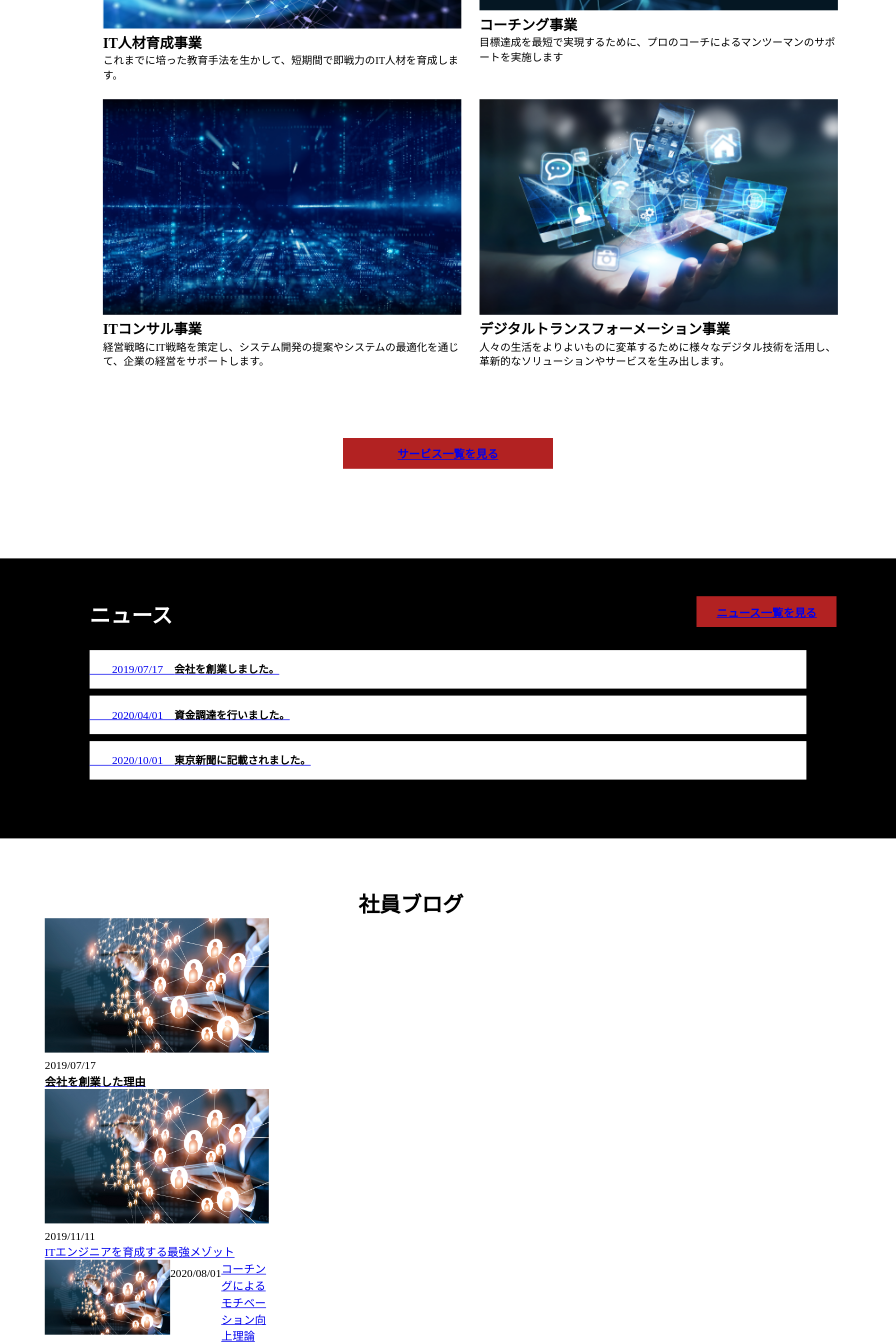
Repository: sigemasaasuka/20211012sigemasa
Page: index.html
The author's editor kept a copy of each file at every save. The page is drawn from the files as they stood at one save, then again after the next save.
The browser window is 1280 px wide. The pictures show the part of the page from y = 1214 to 3134 px (the page is 3134 px tall before and 3034 px after), at 70% of full size.

Above is the page before, as saved 2021-10-19 17:48:56.

### index.html
<!DOCTYPE html>
<html lang="ja">

<head>
  <meta charset="UTF-8">
  <meta name="viewport" content="width=device-width, initial-scale=1.0">
  <title>Document</title>

    <link rel="stylesheet" href="css/reset.css">
    <link rel="stylesheet" href="css/index.css">
</head>
<body>
  <header class="header">
    <div class="header-logo">
      <img class="logo" src="img/logo.png" alt="logo">
    </div>
    <nav class="header-nav">
      <ul class="header-nav-list">
        <li class="header-nav-item"><a href="index.html">ホーム</a></li>
        <li class="header-nav-item"><a href="service.html">事業内容</a></li>
        <li class="header-nav-item"><a href="news.html">ニュース</a></li>
        <li class="header-nav-item"><a href="blog.html">社員ブログ</a></li>
        <li class="header-nav-item"><a href="company.html">会社概要</a></li>
        <li class="header-nav-item"><a href="recruit.html">採用情報</a></li>
        <li class="header-nav-item"><a href="contact.html">お問い合わせ</a></li>
      </ul>
    </nav>
  </header>
  <div class="home">
  <div class="home-photo">
    <div class="home-title">
    <p>最新のテクノロジーで社会課題を解決</p>
      <div class="home-title2">
      <p>Solving　issues　with　the　latest　technology</p>
     </div>
    </div>
    </div>
    </div>
    <div class="home-color">
      <div class="hope">
        <p><br><br>株式会社TECHの想い</p>
        <div class="hope2">
          <p>あらゆる産業において、新たなデジタル技術を使ってこれまでにないビジネスモデルを展開する新規参加者が登場し、ゲームチェンジが起ころうとしています。こうした<br>中で、各企業は、競争力維持・強化のために、DXを迅速に進めていくことが求められています。しかし、DXにおいて投資コストは非常にかかります。株式会社TECHでは<br>独自のオペレーションと人材教育により、他社よりも価格を抑えた開発を行います。</p>
        </div>
      </div>
    </div>
    <div class="service">
      <p>サービス</p>
      </div>
      <div class="png1">
      <div class="service1">
        <img  src="img/service1.png"  alt="service1">
        <div class="it">
        <p>IT人材育成事業</p>
        <div class="it2">
        <p>これまでに培った教育手法を生かして、短期間で即戦力のIT人材を育成します。</p>
        </div>
      </div>
      </div>
      <div class="service2">
      <img  src="img/service2.png" alt="service2">
      <div class="coach">
        <p>コーチング事業</p>
        <div class="coach2">
          <p>目標達成を最短で実現するために、プロのコーチによるマンツーマンのサポートを実施します</p>
        </div>
      </div>
      </div>
      </div>
      <div class="png2">
      <div class="service3">
        <img src="img/service3.png" alt="service3">
        <div class="Consultant">
          <p>ITコンサル事業</p>
          <div class="Consultant2">
            <p>経営戦略にIT戦略を策定し、システム開発の提案やシステムの最適化を通じて、企業の経営をサポートします。</p>
          </div>
        </div>
      </div>
      <div class="service4">
        <img src="img/service4.png" alt="service4">
        <div class="formation">
          <p>デジタルトランスフォーメーション事業</p>
          <div class="formation2">
            <p>人々の生活をよりよいものに変革するために様々なデジタル技術を活用し、革新的なソリューションやサービスを生み出します。</p>
          </div>
        </div>
      </div>
      </div>
      <div class="list">
        <a href="service.html">サービス一覧を見る</a>
      </div>
      <div class="news">
        <div class="nesw-list">
          <div class="news-font">
          <p>ニュース</p></div>
          <div class="news-button">
            <a href="news.html">ニュース一覧を見る</a>
          </div>
        </div>
        <div class="news-info1">
          <a href="index.html">　　2019/07/17　<span class="co">会社を創業しました。</span></a></div>
          <div class="news-info2">
          <a href="index.html">　　2020/04/01　<span class="fund">資金調達を行いました。</span></a></div>
          <div class="news-info3">
          <a href="index.html">　　2020/10/01　<span class="newspaper">東京新聞に記載されました。</span></a></div>
      </div>
      <div class="blog">
        <p>社員ブログ</p>
        </div>
        <div class="reason-png">
          <a href="index.html">
            <img src="img/blog.png" alt="blog">
          </a>
          <p class="reason">2019/07/17</p>
          <a href="index.html"><p class="reason2">会社を創業した理由</p></a>
        </div>
        <div class="nurturing-png">
          <a href="index.html">
            <img src="img/blog.png" alt="blog">
          </a>
          <p class="nurturing">2019/11/11</p>
          <a href="index.html">
            <p class="nurturing1">ITエンジニアを育成する最強メゾット</p>
          </a>
        </div>
        <div class="coaching-png">
        <a href="index.html">
          <img src="img/blog.png" alt="blog">
        </a>
        <p class="coaching">2020/08/01</p>
        <a href="index.html">
          <p class="coaching1">コーチングによるモチベーション向上理論</p>
        </a>
        </div>


<script src="js/main.js"></script>
</body>
</html>

### css/reset.css
@charset "UTF-8";
html, body, div, span, applet, object, iframe,
h1, h2, h3, h4, h5, h6, p, blockquote, pre,
a, abbr, acronym, address, big, cite, code,
del, dfn, em, img, ins, kbd, q, s, samp,
small, strike, strong, sub, sup, tt, var,
b, u, i, center,
dl, dt, dd, ol, ul, li,
fieldset, form, label, legend,
table, caption, tbody, tfoot, thead, tr, th, td,
article, aside, canvas, details, embed,
figure, figcaption, footer, header, hgroup,
menu, nav, output, ruby, section, summary,
time, mark, audio, video {
margin: 0;
padding: 0;
border: none;
font-style: normal;
text-align: left;
zoom: 1;
}
article, aside, details, figcaption, figure,
footer, header, hgroup, menu, nav, section {
display: block;
}
table {
border-collapse: collapse;
font-family: inherit;
}
h1,h2,h3,h4,h5 {
font-size: 100%;
font-weight: normal;
line-height: 1;
}
input,textarea,select {
font-family: inherit;
font-size: 16px;
}
input[type="button"],input[type="text"],input[type="submit"] {
 -webkit-appearance: none;
 border-radius: 0;
}
textarea {
resize: none;
-webkit-appearance: none;
border-radius: 0;
}
th,td {
border-collapse: collapse;
}
table th,table td {
white-space: nowrap;
}
ul,ol {
list-style-type: none;
}
img {
vertical-align: text-bottom;
vertical-align: -webkit-baseline-middle;
max-width: 100%;
height: auto;
width /***/:auto;
}

### css/index.css
.logo {
  text-decoration: none;
  color: inherit;
  width: 50%;
}
.header {
  width: 100%;
  display: flex;
  justify-content: space-between;
  align-items: center;
  height: 70px;
  padding: 0 30px;
  position: fixed;
  box-sizing: border-box;
  background-color: #fff;
  color: #000;
}

.a {
  text-decoration: none;
}

.header-ttl {
  font-size: 24px;
  width: 80px;
}

.header-nav-list {
  display: flex;
  font-weight: bold;
}

.header-nav-item:not(:last-child) {
  margin-right: 30px;
}

.home-photo {
  position: relative;
  padding-top: calc(250 / 683 * 100%); /* calc(画像高さ ÷ 画像横幅 × 100%) */
  background: url(../img/mv.png) center center / cover no-repeat;
}

.home-title {
  display: flex;
  flex-direction: column;
  position: absolute;
  font-size: 50px;
  margin-left: 20%;
  top: 40%;
  font-weight: bolder;
  color: #fff;
}

.home-title2 {
  display: flex;
  position: absolute;
  font-size: 20px;
  margin-top: 45px;
  margin-left: 23%;
  top: 40%;
  font-weight: bold;
  color: #fff;
}

.home-color {
  background-color: #000;
  height: 300px;
}

.hope {
  top: 30%;
  display: flex;
  flex-direction: column;
  font-weight: bolder;
  font-size: 30px;
  margin-left: 10%;
  color: #fff;
}

.hope2 {
  display: flex;
  font-size: 15px;
  margin-top: 20px;
  font-weight: normal;
  color: #fff;
}

.service {
  margin-top: 5%;
  margin-left: 45%;
  font-size: 35px;
  font-weight: bolder;
}

.png1 {
  display: flex;
  justify-content: center;
}

.service1 {
  margin-top: 5%;
  margin-left: 5%;
  width: 40%;
}

.it {
  margin-top: 1%;
  font-size: 20px;
  font-weight: bolder;
}

.it2 {
  font-size: 15px;
  font-weight: normal;
}

.service2 {
  margin-top: 3%;
  margin-left: 2%;
  width: 40%;
}

.coach {
  margin-top: 1%;
  font-size: 20px;
  font-weight: bolder;
}

.coach2 {
  font-size: 15px;
  font-weight: normal;
}

.png2 {
  display: flex;
  justify-content: center;
}

.service3 {
  margin-top: 2%;
  margin-left: 5%;
  width: 40%;
}

.Consultant {
  margin-top: 1%;
  font-size: 20px;
  font-weight: bolder;
}

.Consultant2 {
  font-size: 15px;
  font-weight: normal;
}

.service4 {
  margin-top: 2%;
  margin-left: 2%;
  width: 40%;
}

.formation {
  margin-top: 1%;
  font-size: 20px;
  font-weight: bolder;
}

.formation2 {
  font-size: 15px;
  font-weight: normal;
}

.list {
  width: 300px;
  padding: 10px 0;
  color: #fff;
  font-weight: bold;
  background: #b22222;
  text-align: center;
  margin: 100px auto 0;
  display: block;
}

.news {
  margin-top: 10%;
  background-color: #000;
  height: 400px;
}

.nesw-list {
  margin-left: 10%;
  display: flex;
  justify-content: flex-start;
  align-items: center;
}

.news-font {
  font-weight: bold;
  font-size: 30px;
  color: #fff;
  margin-top: 5%;
}

.news-button {
  color: #fff;
  margin-top: 50px;
  margin-left: 65%;
  width: 200px;
  padding: 10px 0;
  font-weight: bold;
  background: #b22222;
  text-align: center;
  display: block;
}

.news-info1 {
  margin-top: 30px;
  margin-left: 10%;
  width: 80%;
  height: 35px;
  padding: 10px 0;
  background: #fff;
  line-height: 35px;
  display: block;
  color: #000;
}
.co {
  font-size: 15px;
  font-weight: bold;
  color: #000;
}

.news-info2 {
  margin-top: 10px;
  margin-left: 10%;
  width: 80%;
  height: 35px;
  padding: 10px 0;
  background: #fff;
  line-height: 35px;
  display: block;
  color: #000;
}
.fund {
  font-size: 15px;
  font-weight: bold;
  color: #000;
}

.news-info3 {
  margin-top: 10px;
  margin-left: 10%;
  width: 80%;
  height: 35px;
  padding: 10px 0;
  background: #fff;
  line-height: 35px;
  display: block;
  color: #000;
}
.newspaper {
  font-size: 15px;
  font-weight: bold;
  color: #000;
}

.blog {
  margin-top: 70px;
  margin-left: 40%;
  font-size: 30px;
  font-weight: bolder;
}

.reason-png {
  width: 25%;
  margin-left: 5%;
}

.reason {
  margin-top: 10px;
  color: #000;
}

.reason2 {
  font-weight: bolder;
  color: #000;
}

.nurturing-png {
  width: 25%;
  margin-left: 5%;
}

.nurturing {
  margin-top: 10px;
  color: #000;
}

.nurturing2 {
  font-weight: bolder;
  color: #000;
}

.coaching-png {
  display: flex;
  justify-content: center;
  width: 25%;
  margin-left: 5%;
}

.coaching {
  margin-top: 10px;
  color: #000;
}

.coaching2 {
  font-weight: bolder;
  color: #000;
}

Loaded but not shown: js/main.js (no stored copy; drawn as an empty file)

After the next save:
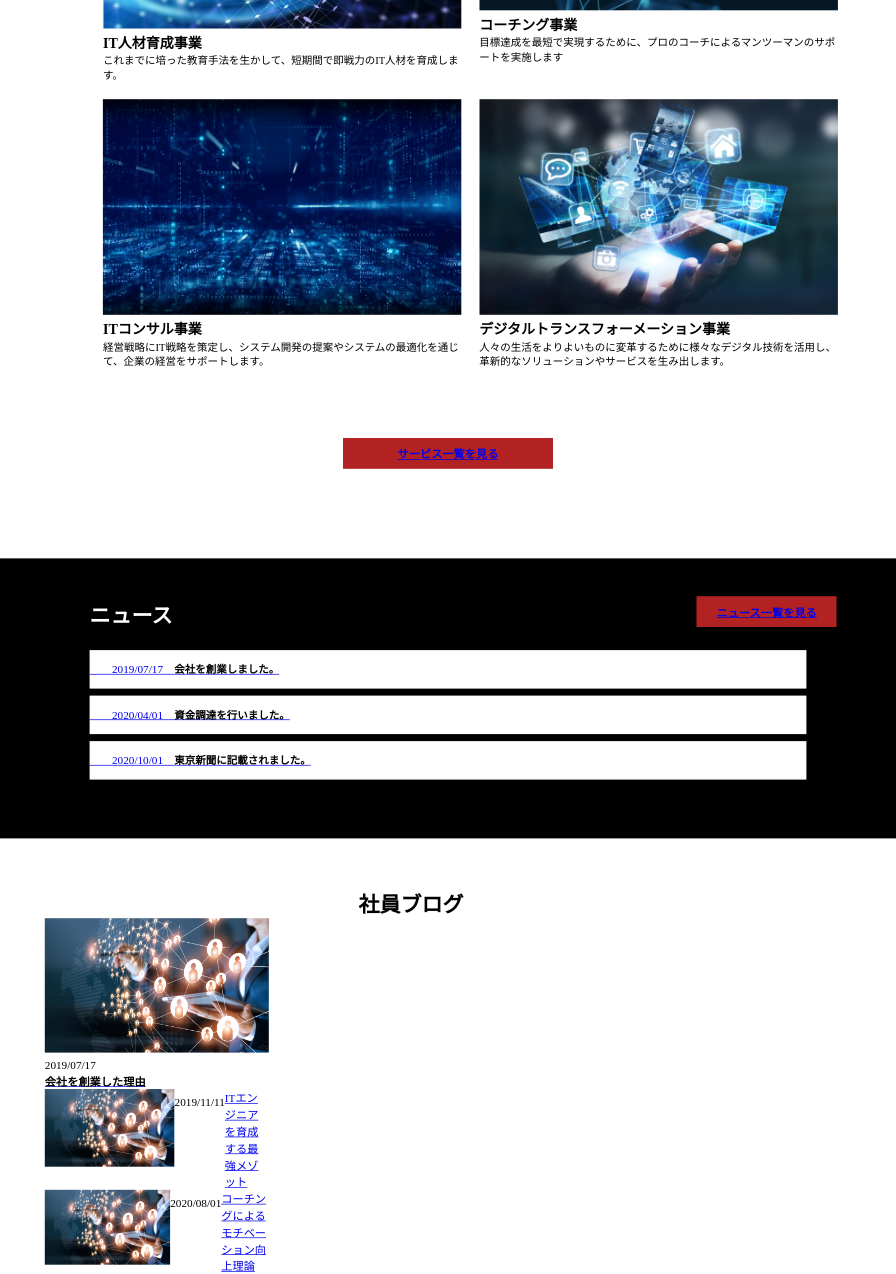
Saved 23 s later.
--- a/css/index.css
+++ b/css/index.css
@@ -287,27 +287,29 @@
 }
 
 .nurturing-png {
-  width: 25%;
-  margin-left: 5%;
-}
-
-.nurturing {
-  margin-top: 10px;
-  color: #000;
-}
-
-.nurturing2 {
-  font-weight: bolder;
-  color: #000;
-}
-
-.coaching-png {
   display: flex;
   justify-content: center;
   width: 25%;
   margin-left: 5%;
 }
 
+.nurturing {
+  margin-top: 10px;
+  color: #000;
+}
+
+.nurturing2 {
+  font-weight: bolder;
+  color: #000;
+}
+
+.coaching-png {
+  display: flex;
+  justify-content: center;
+  width: 25%;
+  margin-left: 5%;
+}
+
 .coaching {
   margin-top: 10px;
   color: #000;

After the save that followed:
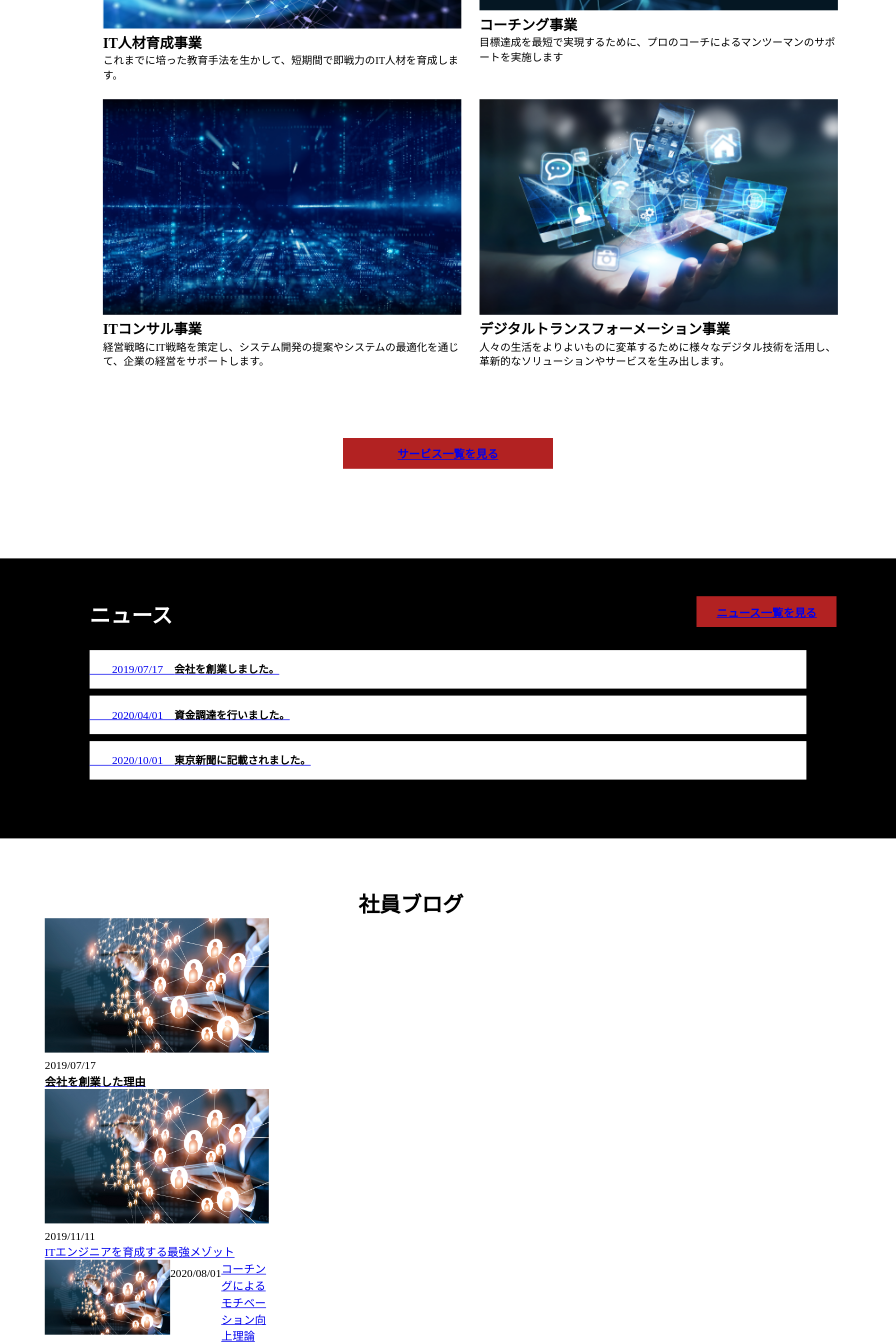
Saved 22 s later.
--- a/css/index.css
+++ b/css/index.css
@@ -287,29 +287,27 @@
 }
 
 .nurturing-png {
+  width: 25%;
+  margin-left: 5%;
+}
+
+.nurturing {
+  margin-top: 10px;
+  color: #000;
+}
+
+.nurturing2 {
+  font-weight: bolder;
+  color: #000;
+}
+
+.coaching-png {
   display: flex;
   justify-content: center;
   width: 25%;
   margin-left: 5%;
 }
 
-.nurturing {
-  margin-top: 10px;
-  color: #000;
-}
-
-.nurturing2 {
-  font-weight: bolder;
-  color: #000;
-}
-
-.coaching-png {
-  display: flex;
-  justify-content: center;
-  width: 25%;
-  margin-left: 5%;
-}
-
 .coaching {
   margin-top: 10px;
   color: #000;
